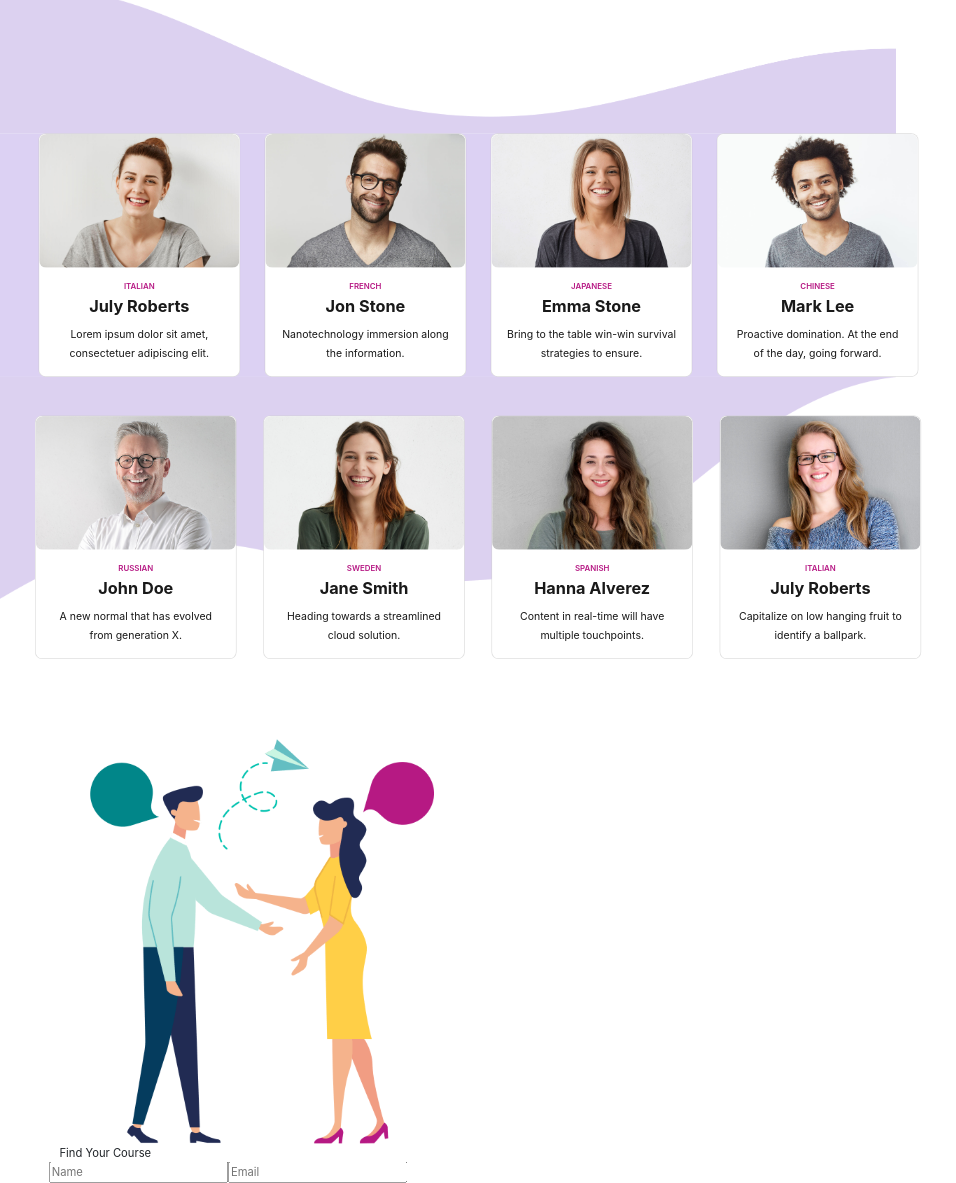
Repository: Khanh1234-glitch/TruongNguyenBaoKhanh_BC22_assignment__tabula
Page: Tabula/index.html
An editor plug-in stored every save of this project. The page is shown before and after the next save, followed by the edit.
The browser window is 1280 px wide. The page is 1366 px wide, so the pictures cover 1366 px, including what lies to the right of the window. The pictures show the part of the page from y = 718 to 2478 px (the page is 2408 px tall before and 2478 px after), at 70% of full size.
The style sheet was rebuilt from its Sass, Less or Tailwind sources for each picture, by a compiler version that may differ from the author's.

Above is the page before, as saved 2022-04-18 09:32:48.

### Tabula/index.html
<!doctype html>
<html lang="en">

<head>
    <title>Title</title>
    <!-- Required meta tags -->
    <meta charset="utf-8">
    <meta name="viewport" content="width=device-width, initial-scale=1, shrink-to-fit=no">
    <!-- link css -->
    <link rel="stylesheet" href="./css/style.css">
    <!-- link fontawesome -->
    <link rel="stylesheet" href="https://cdnjs.cloudflare.com/ajax/libs/font-awesome/5.15.4/css/all.min.css">
    <!-- Bootstrap CSS -->
    <link rel="stylesheet" href="https://stackpath.bootstrapcdn.com/bootstrap/4.3.1/css/bootstrap.min.css" integrity="sha384-ggOyR0iXCbMQv3Xipma34MD+dH/1fQ784/j6cY/iJTQUOhcWr7x9JvoRxT2MZw1T" crossorigin="anonymous">
</head>

<body>
    <header>
        <nav class="navbar container navbar-expand-md navbar-dark">
            <!-- Toggler/collapsibe Button -->
            <button class="navbar-toggler" type="button" data-toggle="collapse" data-target="#collapsibleNavbar">
                <span class="navbar-toggler-icon"></span>
            </button>
            <!-- Brand -->
            <img style="cursor:pointer" src="./img/crest.png" alt="">
            <!-- Navbar links -->
            <div class="collapse navbar-collapse " id="collapsibleNavbar">
                <ul class="navbar-nav ml-auto">
                    <li class="nav-item">
                        <a class="nav-link" href="#">Home</a>
                    </li>
                    <li class="nav-item">
                        <a class="nav-link" href="#">About</a>
                    </li>
                    <li class="nav-item">
                        <a class="nav-link" href="#">Courses</a>
                    </li>
                    <li class="nav-item">
                        <a class="nav-link" href="#">Blog</a>
                    </li>
                    <li class="nav-item">
                        <a class="nav-link" href="#">Shop</a>
                    </li>
                    <li class="nav-item">
                        <a class="nav-link" href="#">Element</a>
                    </li>
                    <li class="button">
                        <button class="btn-header"><i style="margin-right:7px;" class="fa fa-phone"></i> (+1) 555 234-8765</button>
                    </li>
                    <li class="nav-item" style="margin-top:10px">
                        <i class="fab fa-facebook-f"></i>
                        <i class="fab fa-twitter"></i>
                        <i class="fab fa-youtube"></i>
                        <i class="fab fa-instagram"></i>
                    </li>
                </ul>
            </div>
        </nav>
        <div class="hero-book container ">
            <div class="text-left">
                <span>ABOUT US</span>
                <h1>The language teaching experts</h1>
            </div>
            <div class="img-right">
                <img src="./img/hero_team.png" alt="">
            </div>
        </div>
    </header>
    <section class="column-img ">
        <img src="./img/Violet_top_left_wave.png" alt="">
        <div class="bg-card">
            <div class="container-card ">
                <div class="card" style="width: 18rem;">
                    <div class="img-card">
                        <img class="card-img-top" srcset="./img/teacher_1.jpg " alt="Card image cap">
                    </div>
                    <div class="card-body">
                        <p>ITALIAN</p>
                        <h5 class="card-title">July Roberts</h5>
                        <p class="card-text">Lorem ipsum dolor sit amet, consectetuer adipiscing elit.</p>
                    </div>
                </div>
                <div class="card" style="width: 18rem;">
                    <div class="img-card">
                        <img class="card-img-top" srcset="./img/teacher_2.jpg " alt="Card image cap">
                    </div>
                    <div class="card-body">
                        <p>FRENCH</p>
                        <h5 class="card-title">Jon Stone
                        </h5>
                        <p class="card-text">Nanotechnology immersion along the information.</p>
                    </div>
                </div>
                <div class="card" style="width: 18rem;">
                    <div class="img-card">
                        <img class="card-img-top" srcset="./img/teacher_3.jpg" alt="Card image cap">
                    </div>
                    <div class="card-body">
                        <p>JAPANESE</p>
                        <h5 class="card-title">Emma Stone</h5>
                        <p class="card-text">Bring to the table win-win survival strategies to ensure.</p>
                    </div>
                </div>
                <div class="card" style="width: 18rem;">
                    <div class="img-card">
                        <img class="card-img-top" srcset="./img/teacher_4.jpg " alt="Card image cap">
                    </div>
                    <div class="card-body">
                        <p>CHINESE</p>
                        <h5 class="card-title">Mark Lee</h5>
                        <p class="card-text">Proactive domination. At the end of the day, going forward.</p>
                    </div>
                </div>
            </div>
        </div>

        <img src="./img/Violet_bottom_left_wave.png" alt="">
        <div class="card-bottom">
            <div class="container-card ">
                <div class="card" style="width: 18rem;">
                    <div class="img-card">
                        <img class="card-img-top" srcset="./img/teacher_5.jpg " alt="Card image cap">
                    </div>
                    <div class="card-body">
                        <p>RUSSIAN</p>
                        <h5 class="card-title">John Doe</h5>
                        <p class="card-text">A new normal that has evolved from generation X.</p>
                    </div>
                </div>
                <div class="card" style="width: 18rem;">
                    <div class="img-card">
                        <img class="card-img-top" srcset="./img/teacher_6.jpg " alt="Card image cap">
                    </div>
                    <div class="card-body">
                        <p>SWEDEN</p>
                        <h5 class="card-title">Jane Smith</h5>
                        <p class="card-text">Heading towards a streamlined cloud solution.</p>
                    </div>
                </div>
                <div class="card" style="width: 18rem;">
                    <div class="img-card">
                        <img class="card-img-top" srcset="./img/teacher_7.jpg " alt="Card image cap">
                    </div>
                    <div class="card-body">
                        <p>SPANISH</p>
                        <h5 class="card-title">Hanna Alverez</h5>
                        <p class="card-text">Content in real-time will have multiple touchpoints.</p>
                    </div>
                </div>
                <div class="card" style="width: 18rem;">
                    <div class="img-card">
                        <img class="card-img-top" srcset="./img/teacher_8.jpg " alt="Card image cap">
                    </div>
                    <div class="card-body">
                        <p>ITALIAN</p>
                        <h5 class="card-title">July Roberts</h5>
                        <p class="card-text">Capitalize on low hanging fruit to identify a ballpark.</p>
                    </div>
                </div>
            </div>
        </div>
    </section>
    <section class="contact-form container">
        <div class="img-left">
            <img src="./img/conatct_inner.png" alt="">
        </div>
        <div class="form-right">
            <div class="form">
                <div class="title">Find Your Course</div>
                <div class="row">
                    <div class="name-form"><input type="text" placeholder="Name"></div>
                    <div class="email-form"><input type="text" placeholder="Email"></div>
                </div>
                <div class="seclect-form"></div>
                <div class="text-form"></div>
            </div>
        </div>
    </section>

    <!-- Optional JavaScript -->
    <!-- jQuery first, then Popper.js, then Bootstrap JS -->
    <script src="https://code.jquery.com/jquery-3.3.1.slim.min.js" integrity="sha384-q8i/X+965DzO0rT7abK41JStQIAqVgRVzpbzo5smXKp4YfRvH+8abtTE1Pi6jizo" crossorigin="anonymous"></script>
    <script src="https://cdnjs.cloudflare.com/ajax/libs/popper.js/1.14.7/umd/popper.min.js" integrity="sha384-UO2eT0CpHqdSJQ6hJty5KVphtPhzWj9WO1clHTMGa3JDZwrnQq4sF86dIHNDz0W1" crossorigin="anonymous"></script>
    <script src="https://stackpath.bootstrapcdn.com/bootstrap/4.3.1/js/bootstrap.min.js" integrity="sha384-JjSmVgyd0p3pXB1rRibZUAYoIIy6OrQ6VrjIEaFf/nJGzIxFDsf4x0xIM+B07jRM" crossorigin="anonymous"></script>
</body>

</html>

### Tabula/Sass/style.scss
@import "./helper/mixin";
@import "./helper/variable";
@import "./Component/navbar";
@import "./Component/button";
@import "./Component/social";
@import "./Component/herobook";
@import "./Component/card-info";
@import "./Component/footer-form";

### Tabula/Sass/helper/_mixin.scss
@mixin content($fs, $fw, $color) {
    font-size: $fs;
    font-weight: $fw;
    background-color: $color;
}

@mixin content2($fs, $fw, $color) {
    font-size: $fs;
    font-weight: $fw;
    color: $color;
}

### Tabula/Sass/helper/_variable.scss
//color
$color:#e6afd4;
$color2:#181818;
$color3:#b61984 !important;
$color4:#191919 !important;
$color5:#dcd1f3;
//font weight
$fw-1:500;
$fw-2:600;
$fw-3:700;
$fw-4:800;
$fw-0:300;
//font-size
$fs-1:13px;
$fs-2:57px;
$fs-3:16.5px;
$fs-4:14.625px;
$fs-5:13.125px;
$fs-6:13.5px;
$fs-7:16.5px;
$fs-8:15px;
$fs-9:17.25px;
$fs-10:11.25px;
$fs-11:23.25px;

### Tabula/Sass/Component/_navbar.scss
body {
    background: url("./../../img/yellow_top_wave_01.png");
    background-repeat: no-repeat;
    header {
        .navbar-nav {
            .nav-item {
                a {
                    @include content2($fs-1,
                    $fw-2,
                    $color2);
                    line-height: 80px;
                    margin-right: 50px;
                    color: $color2 !important;
                    transition: all 0.5s;
                    &::after {
                        content: "";
                        width: 10px;
                        height: 10px;
                        margin-left: 7px;
                        border-radius: 100%;
                        display: block;
                        background-color: $color3;
                        transition: all 0.5s;
                        transform: scaleX(0);
                    }
                    &:hover {
                        color: $color3;
                        &::after {
                            transform: scaleX(1);
                        }
                    }
                }
            }
        }
    }
}

### Tabula/Sass/Component/_button.scss
    .navbar-nav {
        .button {
            display: flex;
            align-items: center;
            margin-right: 18px;
            button {
                @include content($fs-6, $fw-1, $color3);
                align-items: center;
                border-radius: 50px;
                display: flex;
                justify-content: center;
                line-height: 13.5px;
                margin: 6px;
                padding: 14.85px 20.25px;
                text-align: center;
                color: #fff;
                border: 1px solid $color3;
                transition: all 0.2s;
                &:hover {
                    background-color: #fff !important;
                    border: 1px solid $color3;
                    color: $color3;
                }
            }
        }
    }

    .btn-beginner {
        button {
            @include content($fs-6, $fw-1, $color3);
            align-items: center;
            border-radius: 50px;
            display: flex;
            justify-content: center;
            line-height: 13.5px;
            margin: 6px;
            padding: 18.9px 35.1px;
            text-align: center;
            color: #fff;
            border: 1px solid $color3;
            transition: all 0.2s;
            text-transform: uppercase;
            &:hover {
                background-color: #fff !important;
                border: 1px solid $color3;
                color: $color3;
            }
        }
    }

### Tabula/Sass/Component/_social.scss
.navbar-nav {
    .nav-item {
        i {
            margin-right: 12px;
            line-height: 80px;
            cursor: pointer;
            transition: all 0.5s;
            &:hover {
                color: $color3;
            }
        }
    }
}

### Tabula/Sass/Component/_herobook.scss
.hero-book {
    display: flex;
    .text-left {
        margin-top: 216px;
        span {
            @include content2($fs-7, $fw-2, $color3);
            line-height: 19.8px;
        }
        h1 {
            @include content2($fs-2, $fw-3, $color4);
            line-height: 68.4px;
        }
    }
}

### Tabula/Sass/Component/_card-info.scss
.column-img {
    position: relative;
    margin-bottom: 200px;
    img {
        width: 100%;
        height: auto;
        display: block;
    }
    .bg-card {
        background-color: $color5;
        .container-card {
            display: grid;
            grid-template-columns: repeat(4, 1fr);
            gap: 35px;
            margin: 0 55px;
            .card-body {
                text-align: center;
                p:first-of-type {
                    @include content2($fs-10, $fw-2, $color3);
                    line-height: 13.5px;
                    margin: 0px 0px 7.875px;
                }
                h5 {
                    @include content2($fs-11, $fw-3, $color4);
                    line-height: 27.9px;
                }
                p:last-child {
                    color: $color2;
                    font-size: 15px;
                    line-height: 27px;
                    text-align: center;
                }
            }
            .card {
                border-radius: 10px;
                transition: all 0.5s;
                .img-card {
                    overflow: hidden;
                    border-radius: 10px;
                }
                &:hover {
                    box-shadow: 0 8px 60px 0 rgba(103, 151, 255, .11), 0 12px 90px 0 rgba(103, 151, 255, .11);
                    img {
                        transform: scale(1.1);
                        -webkit-transform: scale(1.1);
                        -moz-transform: scale(1.1);
                        -o-transform: scale(1.1);
                        -ms-transform: scale(1.1);
                    }
                }
                img {
                    border-top-left-radius: 10px;
                    border-top-right-radius: 10px;
                    transition: all 0.3s;
                }
            }
        }
    }
}

.card-bottom {
    position: absolute;
    top: 70%;
    .container-card {
        display: grid;
        grid-template-columns: repeat(4, 1fr);
        gap: 38px;
        margin: 0 50px;
        .card-body {
            text-align: center;
            p:first-of-type {
                @include content2($fs-10, $fw-2, $color3);
                line-height: 13.5px;
                margin: 0px 0px 7.875px;
            }
            h5 {
                @include content2($fs-11, $fw-3, $color4);
                line-height: 27.9px;
            }
            p:last-child {
                color: $color2;
                font-size: 15px;
                line-height: 27px;
                text-align: center;
            }
        }
        .card {
            border-radius: 10px;
            transition: all 0.5s;
            .img-card {
                overflow: hidden;
                border-radius: 10px;
            }
            &:hover {
                box-shadow: 0 8px 60px 0 rgba(103, 151, 255, .11), 0 12px 90px 0 rgba(103, 151, 255, .11);
                img {
                    transform: scale(1.1);
                    -webkit-transform: scale(1.1);
                    -moz-transform: scale(1.1);
                    -o-transform: scale(1.1);
                    -ms-transform: scale(1.1);
                }
            }
            img {
                border-top-left-radius: 10px;
                border-top-right-radius: 10px;
                transition: all 0.3s;
            }
        }
    }
}

Loaded but not shown: Tabula/Sass/Component/_footer-form.scss (no stored copy; drawn as an empty file)

After the next save:
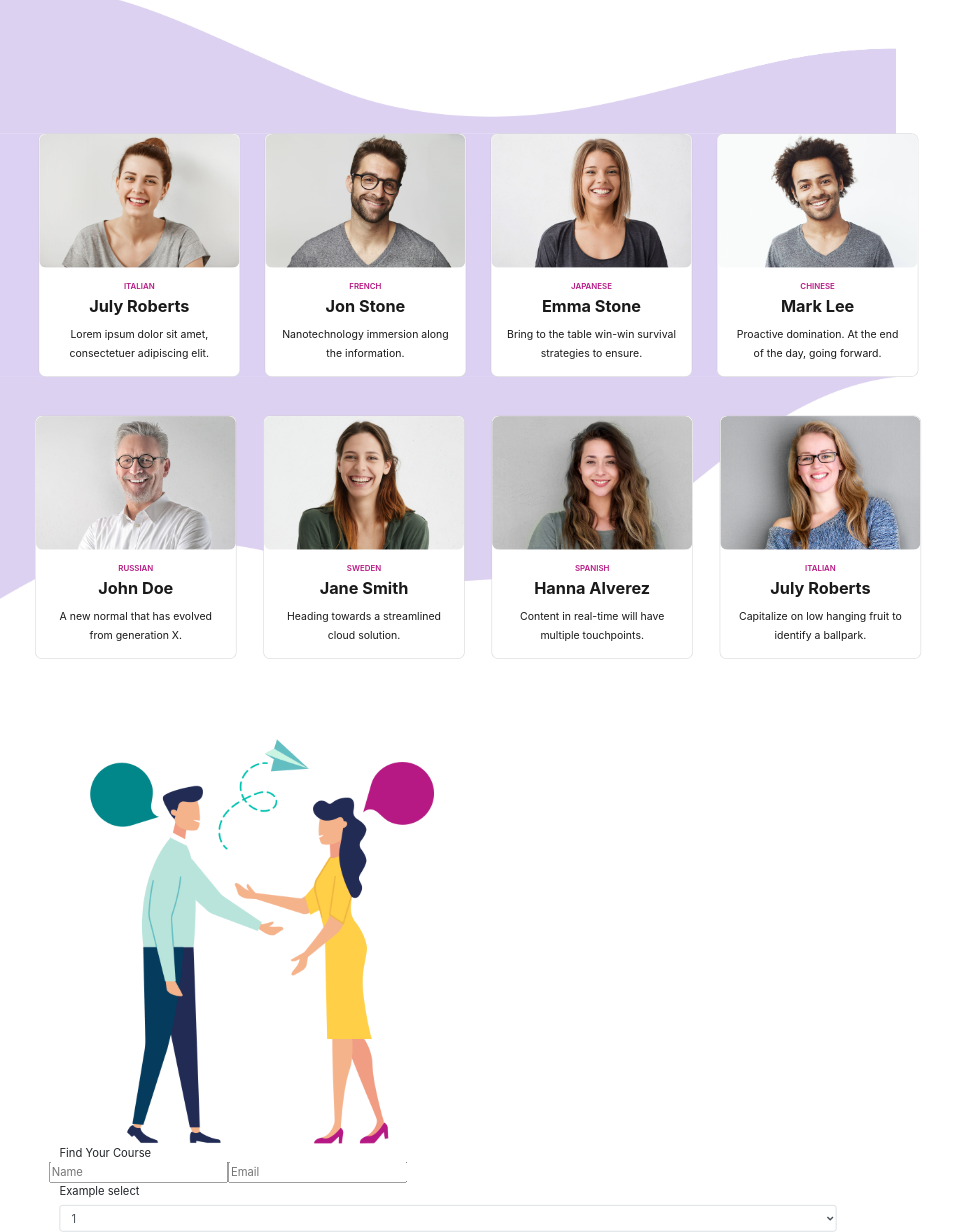
Saved 52 s later.
--- a/Tabula/index.html
+++ b/Tabula/index.html
@@ -171,7 +171,16 @@
                     <div class="name-form"><input type="text" placeholder="Name"></div>
                     <div class="email-form"><input type="text" placeholder="Email"></div>
                 </div>
-                <div class="seclect-form"></div>
+                <div class="seclect-form">
+                    <label for="exampleFormControlSelect1">Example select</label>
+                    <select class="form-control" id="exampleFormControlSelect1">
+                      <option>1</option>
+                      <option>2</option>
+                      <option>3</option>
+                      <option>4</option>
+                      <option>5</option>
+                    </select>
+                </div>
                 <div class="text-form"></div>
             </div>
         </div>
